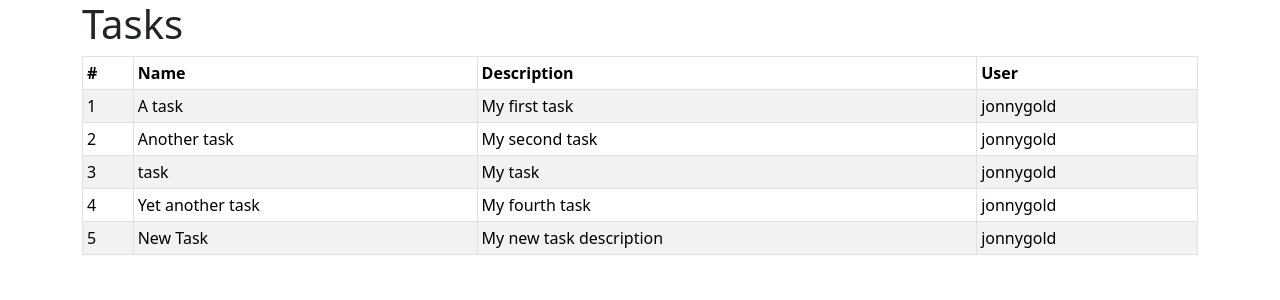
Repository: trider/react-task-app
Page: /tasks
An editor plug-in stored every save of this project. The page is shown before and after the next save, followed by the edit.
The browser window is 1280 px wide. The pictures show the whole page.
The project was rebuilt for these pictures with package versions that can differ from the ones it lists, and the page was loaded fresh each time. Also part of the build but not shown: src/pages/Login.js.

Above is the page before, as saved 2024-05-02 17:54:12.

### src/App.js

import 'bootstrap/dist/css/bootstrap.min.css';
import ReactDOM from "react-dom/client";
import { BrowserRouter, Routes, Route } from "react-router-dom";
import LoginForm from "./pages/Login";
import TaskList from "./pages/Task";


let App = () => {
  return (
    <div>
    <BrowserRouter>
      <Routes>
          <Route index element={<LoginForm />} />
          <Route path="login" element={<LoginForm />} />
          <Route path="tasks" element={<TaskList />} />
      </Routes>
    </BrowserRouter>






    </div>


  );
}


export default App;

### src/pages/Task.js
import Table from 'react-bootstrap/Table';
import Container from 'react-bootstrap/Container';

const userTasks= [
 {
   id: "6630ab326e723ac1ea6dce7a",
   description: "My first task",
   name: "A task",
   taskId: 1,
   user: "jonnygold",
   added: "2024-05-01T22:00:00.000Z",
   updated: "2024-05-01T14:16:01.119Z",
   status: "do",
   isActive: true
 },
 {
   id: "6630fe5d6e723ac1ea6dce7e",
   description: "My second task",
   name: "Another task",
   taskId: 2,
   user: "jonnygold",
   added: "2024-05-01T22:00:00.000Z",
   updated:"2024-05-01T14:16:01.119Z",
   status: "doing",
   isActive: true
 },
 {
   id: "6630fe826e723ac1ea6dce7f",
   description: "My task",
   name: "task",
   taskId: 3,
   user: "jonnygold",
   added: "2024-05-01T22:00:00.000Z",
   updated:"2024-05-01T14:16:01.119Z",
   status: "done",
   isActive: true
 },
 {
   id: "6631f17cc4c9b7f5ab3c28c3",
   name: "Yet another task",
   description: "My fourth task",
   user: "jonnygold",
   taskId: 4,
   added: "2024-05-01T22:00:00.000Z",
   updated:"2024-05-01T14:16:01.119Z",
   isActive: true,
   status: "do",

 },
 {
   id: "66323f0d54b80929f84ebdd2",
   user: "jonnygold",
   name: "New Task",
   description: "My new task description",
   status: "do",
   taskId: 5,
   added: "2024-05-01T22:00:00.000Z",
   updated:"2024-05-01T14:16:01.119Z",
   isActive: true,
 }

]

const tableCols = [
  'name',
  'description',
  'added',
  'updated',
  'status',
];



const TaskTable = () => {
  return (
    <div>
      <Table striped bordered hover size="sm">
      <thead>
        <tr>
          <th>#</th>
          <th>Name</th>
          <th>Description</th>
          <th>User</th>
        </tr>
      </thead>
      <tbody>
        {userTasks.map((task) => (
          <tr key={task.id}>
            <td>{task.taskId}</td>
            <td>{task.name}</td>
            <td>{task.description}</td>
            <td>{task.user}</td>
          </tr>
        ))}

      </tbody>
    </Table>




    </div>
  );
}

const TaskList = () => {
  return (
    <Container>
      <h1>Tasks</h1>
      <TaskTable />
    </Container>
  );
}

export default TaskList;

Loaded but not shown: public/index.html (common file); src/index.js (common file); src/index.css (common file); src/reportWebVitals.js (common file)

After the next save:
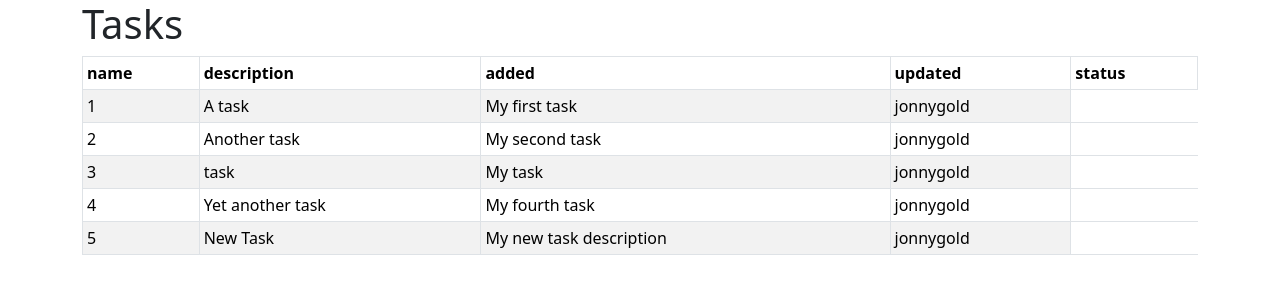
Saved 26 s later.
--- a/src/pages/Task.js
+++ b/src/pages/Task.js
@@ -77,10 +77,9 @@ const TaskTable = () => {
       <Table striped bordered hover size="sm">
       <thead>
         <tr>
-          <th>#</th>
-          <th>Name</th>
-          <th>Description</th>
-          <th>User</th>
+          {tableCols.map((col) => (
+            <th key={col}>{col}</th>
+          ))}
         </tr>
       </thead>
       <tbody>
